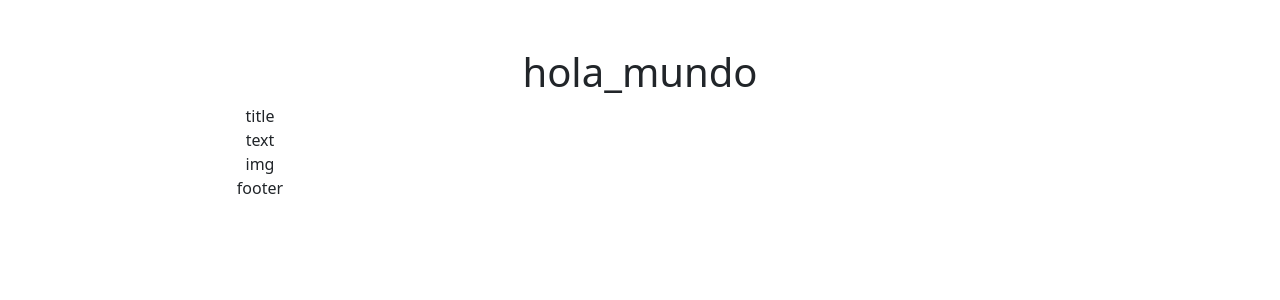
Repository: jorgi710/Prueba-Bootstrap
Page: /
These files come from the project's save history. The page is drawn as it stood at one moment and after the next save; the edit follows.
The browser window is 1280 px wide. The pictures show the whole page.
The project was rebuilt for these pictures with package versions that can differ from the ones it lists, and the page was loaded fresh each time. Also part of the build but not shown: src/App.css.

Above is the page before, as saved 2021-03-30 10:21:24.

### src/index.js
import React from 'react';
import ReactDOM from 'react-dom';
import App from './App';
import 'bootstrap/dist/css/bootstrap.min.css';


ReactDOM.render(
  <React.StrictMode>
    <App />
  </React.StrictMode>,
  document.getElementById('root')
);

### src/App.js
import './App.css';
import Header from './components/Header';

function App() {
  return (
    <div className=" container mt-5 text-center">
      <h1>hola_mundo</h1>
      <div className="row">
        <div className="col-4">
          <Header/>
        </div>
        <div className="col-4"></div>
        <div className="col-4"></div>
      </div>
    </div>
  );
}

export default App;

### src/components/Header.jsx
import React from 'react'

const Header = () => {
    return (
        <>
            <div>title</div>
            <div>text</div>
            <div>img</div>
            <div>footer</div>
        </>
    )
}

export default Header

Loaded but not shown: public/index.html (common file); src/App.css (no copy from this time; the picture is the same without it)

After the next save:
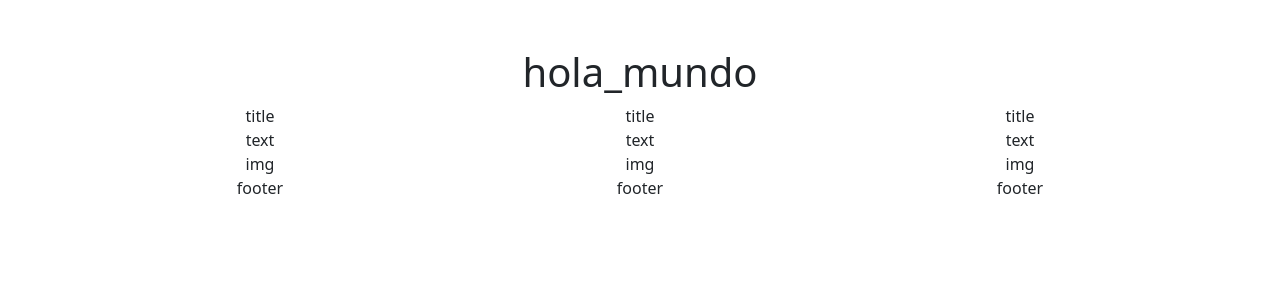
Saved 10 s later.
--- a/src/App.js
+++ b/src/App.js
@@ -9,8 +9,12 @@ function App() {
         <div className="col-4">
           <Header/>
         </div>
-        <div className="col-4"></div>
-        <div className="col-4"></div>
+        <div className="col-4">
+        <Header/>
+        </div>
+        <div className="col-4">
+        <Header/>
+        </div>
       </div>
     </div>
   );
